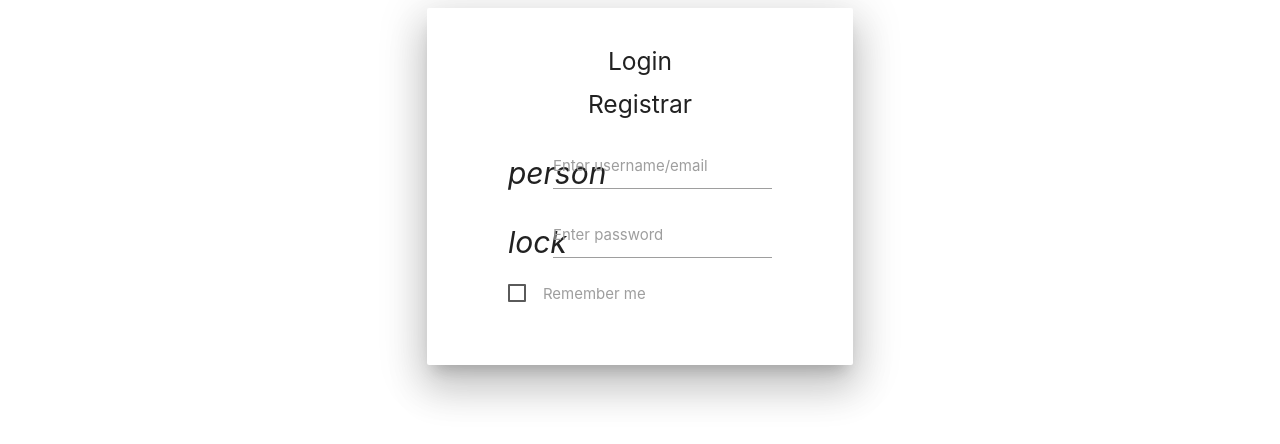
Repository: luizasilveira/TechWeb
Page: http://localhost/techWebP1/Cadastro.jsp
The author's editor kept a copy of each file at every save. The page is drawn from the files as they stood at one save, then again after the next save.
The browser window is 1280 px wide. The pictures show the whole page.
The page is served by Tomcat 9.

Above is the page before, as saved 2019-09-10 12:24:15.

After the next save:
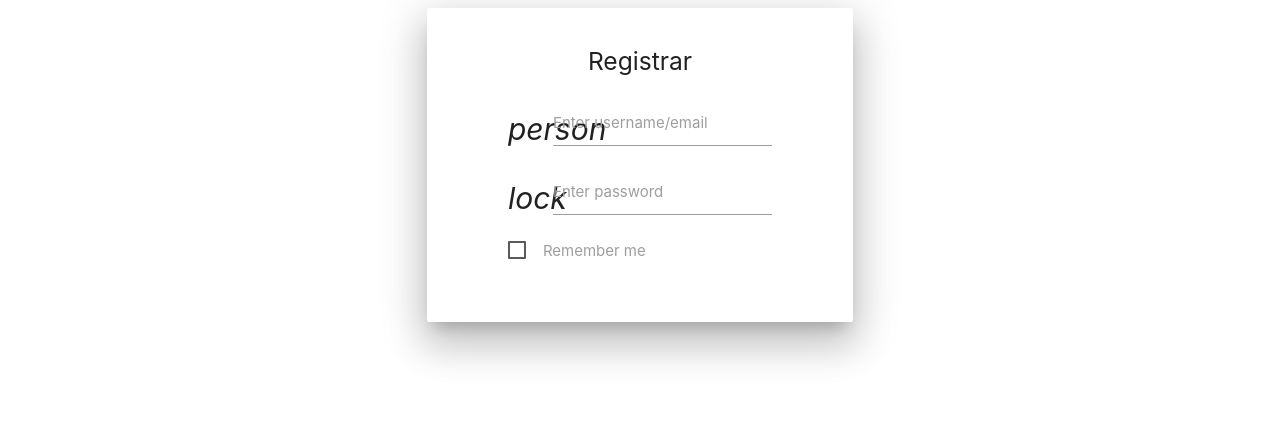
Saved 20 s later.
--- a/Projeto1/techWebP1/WebContent/Cadastro.jsp
+++ b/Projeto1/techWebP1/WebContent/Cadastro.jsp
@@ -26,7 +26,6 @@
 			<div class="col l6 m6 s12">
 				<form action="" method="POST">
 					<div class="card-panel z-depth-5">
-						<h5 class="center">Login</h5>
 						<div class="container">
 							<h5 class="center">Registrar</h5>
 							<div class="row">
